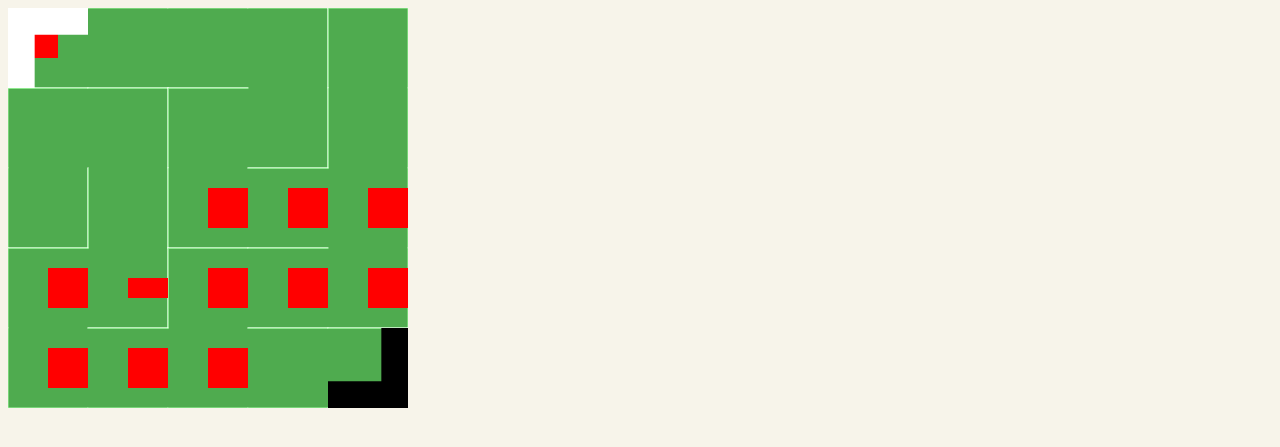
Repository: animarcus/maze-generator
Page: index.html
The author's editor kept a copy of each file at every save. The page is drawn from the files as they stood at one save, then again after the next save.
The browser window is 1280 px wide. The pictures show the whole page.
Some web libraries are served in a nearby version.

Above is the page before, as saved 2020-09-12 20:02:19.

After the next save:
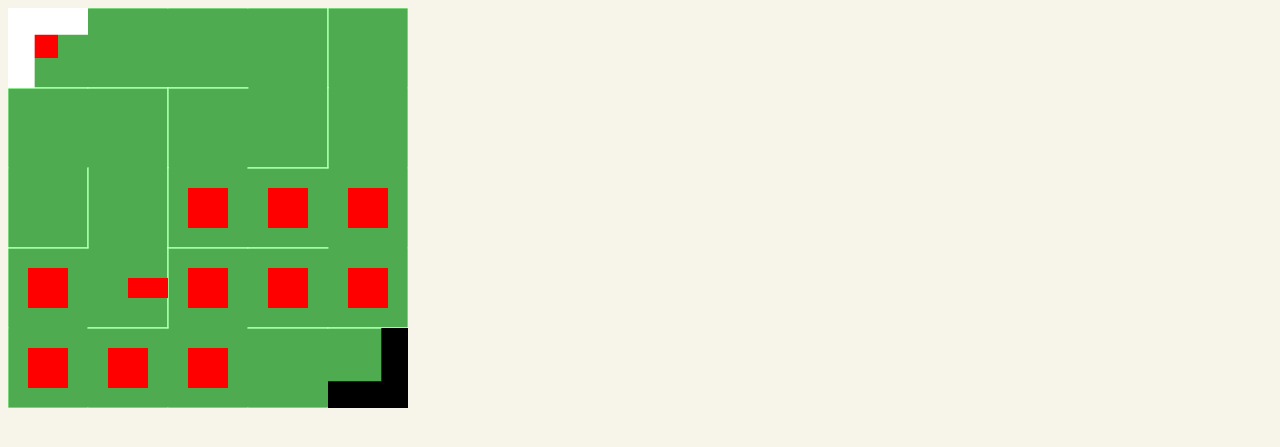
Saved 8 s later.
--- a/js/sketch.js
+++ b/js/sketch.js
@@ -103,7 +103,7 @@ let maze = {
     console.log(x, y);
     fill(color("red"));
     // x + w/2, y + w/2-w/8, w/2, w/4
-    rect(x + w/2, y + w/2-w/4, w/2, w/2);
+    rect(x + w/2 - w/4, y + w/2-w/4, w/2, w/2);
   }
 };
 
